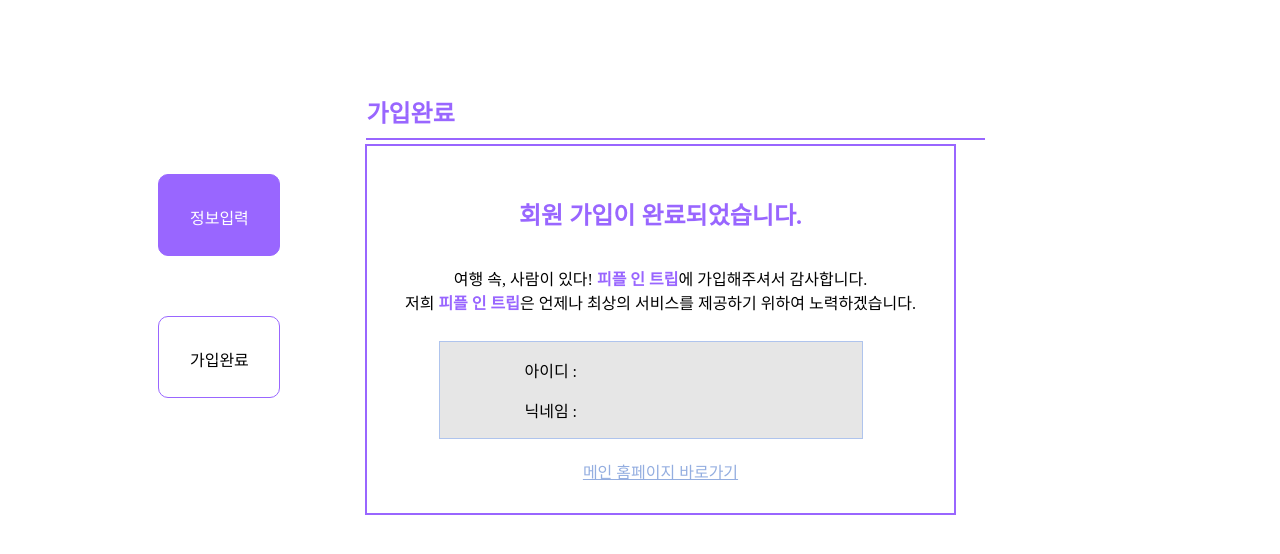
Repository: kimjinmin4535/ezen_loginteam
Page: http://localhost/Ezen_Project/signup/signupcomplete.jsp
The author's editor kept a copy of each file at every save. The page is drawn from the files as they stood at one save, then again after the next save.
The browser window is 1280 px wide. The pictures show the whole page.
The page is served by Tomcat 9.

Above is the page before, as saved 2022-07-05 15:54:15.

After the next save:
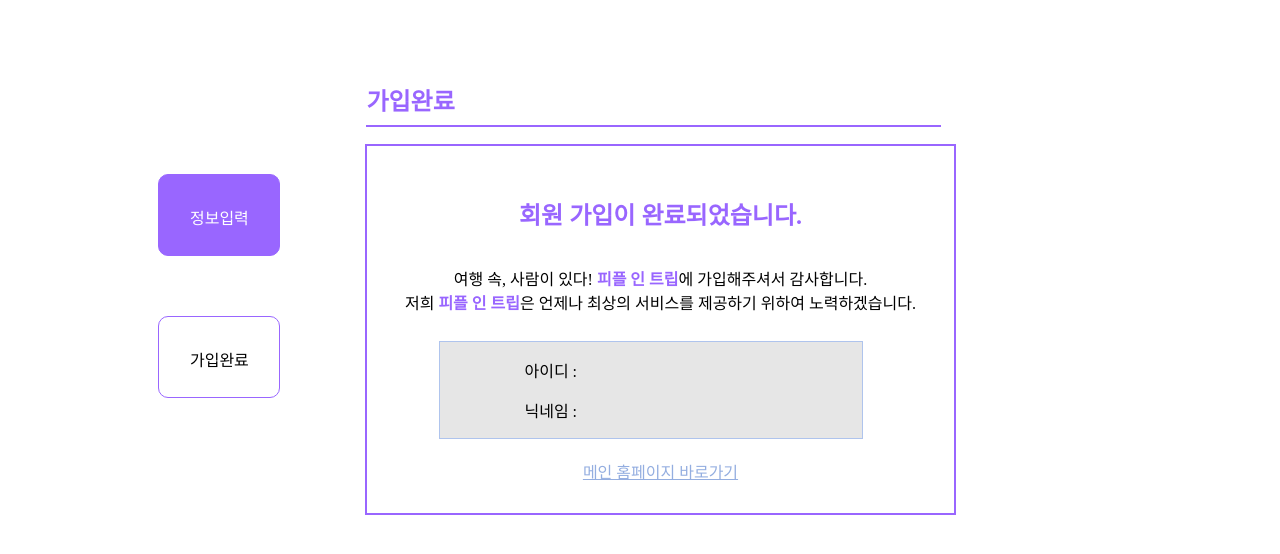
Saved 51 s later.
--- a/Ezen_Project/src/main/webapp/resources/css/signup/signup.css
+++ b/Ezen_Project/src/main/webapp/resources/css/signup/signup.css
@@ -43,7 +43,7 @@
 	text-align: center;
 	position: absolute;
 	margin-left: 28%;
-	margin-top: 3%;
+	margin-top: 2%;
 	color: #9966ff;
 	font-size: 24px;
 }
@@ -51,7 +51,7 @@
 h3:after {
   	content: "";
  	display: block;
-  	width: 700%;
+  	width: 650%;
   	border-bottom: 2px solid #9966ff;
   	margin: 10% 0px;
 }
